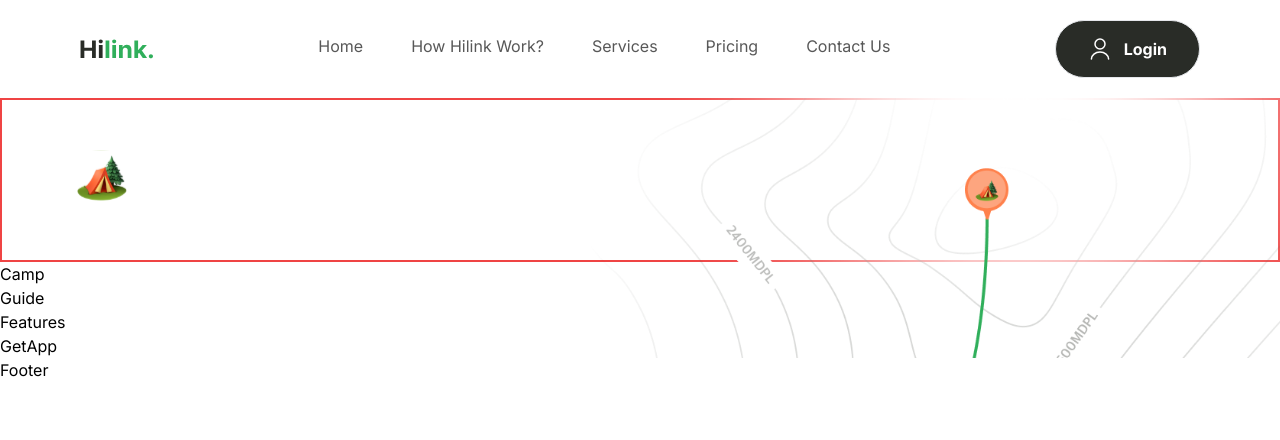
Repository: MikeeBuilds/camp
Page: /
These files come from the project's save history. The page is drawn as it stood at one moment and after the next save; the edit follows.
The browser window is 1280 px wide. The pictures show the whole page.
The project was rebuilt for these pictures with package versions that can differ from the ones it lists, and the page was loaded fresh each time. The framework's server and built-in components were replaced by stand-ins that run in the browser. Also part of the build but not shown: next.config.js.

Above is the page before, as saved 2023-11-24 20:42:10.

### app/layout.tsx
import type { Metadata } from 'next'

import './globals.css'
import Navbar from '@/components/Navbar'
import Footer from '@/components/Footer'


export const metadata: Metadata = {
  title: 'Travel',
  description: 'Travel UI/UX App for camping',
}

export default function RootLayout({
  children,
}: {
  children: React.ReactNode
}) {
  return (
    <html lang="en">
      <body className="">
        <Navbar/>
        <main className='relative overflow-hidden'>
        {children}
        </main>
        <Footer/>
      </body>
    </html>
  )
}

### app/page.tsx
import Camp from "@/components/Camp";
import Features from "@/components/Features";
import GetApp from "@/components/GetApp";
import Guide from "@/components/Guide";
import Hero from "@/components/Hero";

export default function Home() {
  return (
    <>
      <Hero/>
      <Camp/>
      <Guide/>
      <Features/>
      <GetApp/>
    </>
  )
}

### components/Navbar.tsx
import { NAV_LINKS } from '@/constants'
import Image from 'next/image'
import Link from 'next/link'
import Button from './Button'

const Navbar = () => {
    return (
        <nav className="flexBetween max-container padding-container relative z-30 py-5">
            <Link href="/">
                <Image src="/hilink-logo.svg" alt="logo" width={74} height={29} />
            </Link>

            <ul className="hidden h-full gap-12 lg:flex">
                {NAV_LINKS.map((link) => (
                    <Link href={link.href} key={link.key} className="regular-16 text-gray-50 flexCenter cursor-pointer pb-1.5 transition-all hover:font-bold">
                        {link.label}
                    </Link>
                ))}
            </ul>

            <div className='lg:flexCenter hidden'>
                <Button
                    type="button"
                    title="Login"
                    icon="/user.svg"
                    variant="btn_dark_green"
                />
            </div>

            <Image
                src="menu.svg"
                alt='menu'
                width={32}
                height={32}
                className='inline-block cursor-pointer lg:hidden'
            />
        </nav>
    )
}

export default Navbar

### components/Hero.tsx
import Image from 'next/image'
import React from 'react'

const Hero = () => {
  return (
    <section className='border-2 border-red-500 max=container padding-container flex flex-col gap-20 py-10 pb-32 md:gap-28 lg:py-20 xl:flex-row'>
      <div className='hero-map' />

      {/* LEFT SIDE */}

      <div className='relative z-20 flex flex-1 flex-col xl:w-1/2'>
        <Image
          src="/camp.svg"
          alt='camp'
          height={50}
          width={50}
          className='absolute left-[-5px] top-[-30px] w-10 lg:w-[50px]'
          />

          <h1>

          </h1>
      </div>
    </section>
  )
}

export default Hero

### components/Button.tsx
import Image from "next/image";

type ButtonProps = {
    type: 'button' | "submit";
    title: string;
    icon?: string;
    variant: 'btn_dark_green'
}


const button = ({ type, title, icon, variant}: ButtonProps) => {
  return (
    <button
        className={`flexCenter gap-3 rounded-full border ${variant}`}
        type={type}
    >
        {icon && <Image src={icon} alt={title} width={24} height={24}/>}
        <label className="bold-16 whitespace-nowrap">{title}</label>
    </button>
  )
}

export default button

Loaded but not shown: app/globals.css (common file); components/Footer.tsx (common file); components/Camp.tsx (common file); components/Features.tsx (common file); components/GetApp.tsx (common file); components/Guide.tsx (common file); constants/index.ts (common file); tailwind.config.ts (common file)

After the next save:
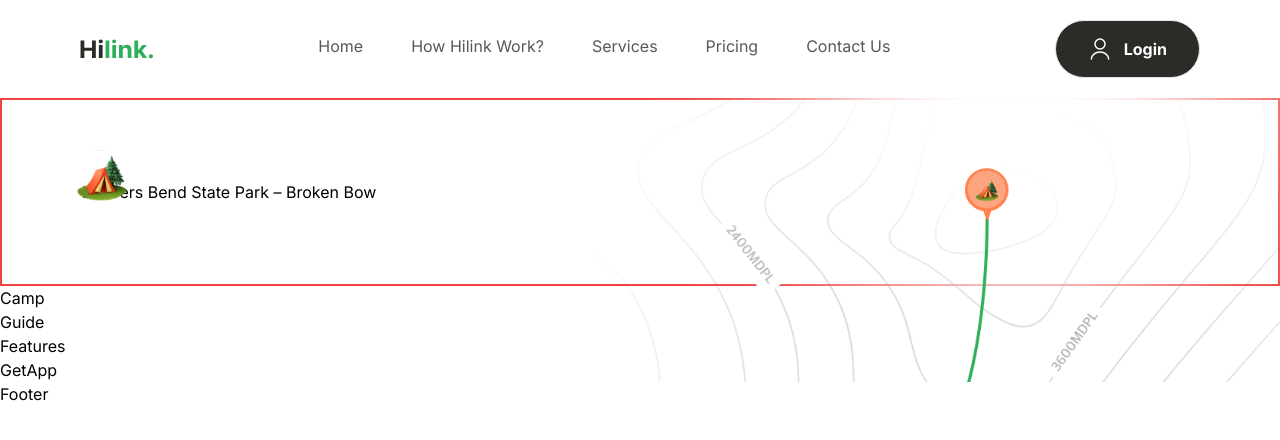
Saved 98 s later.
--- a/components/Hero.tsx
+++ b/components/Hero.tsx
@@ -18,7 +18,7 @@ const Hero = () => {
           />
 
           <h1>
-
+          Beavers Bend State Park – Broken Bow
           </h1>
       </div>
     </section>
